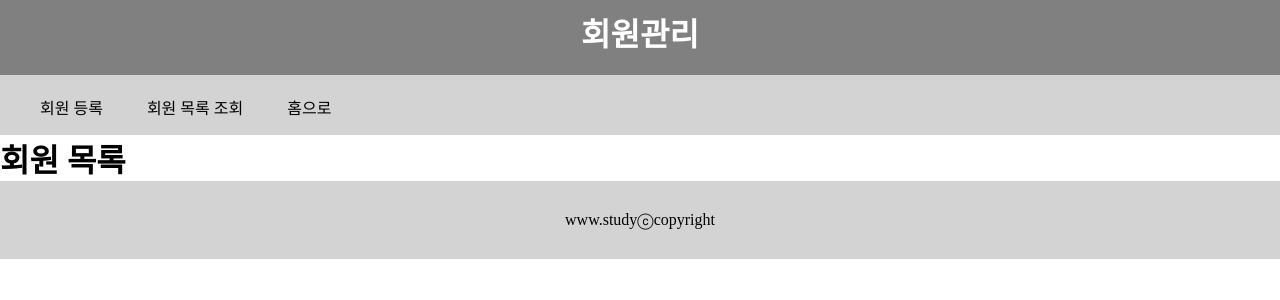
Repository: jieun000/Craftsman_Information_Processing
Page: http://localhost/00_study/memberForm.jsp
An editor plug-in stored every save of this project. The page is shown before and after the next save, followed by the edit.
The browser window is 1280 px wide. The pictures show the whole page.
The page is served by Tomcat 9. Other server files are loaded and not shown.

Above is the page before, as saved 2023-07-02 13:57:31.

### 00_study/WebContent/memberForm.jsp
<%@ page language="java" contentType="text/html; charset=UTF-8"
    pageEncoding="UTF-8"%>

<%@ include file="header.jsp" %>
<!DOCTYPE html>
<html>
<head>
<meta charset="UTF-8">
<title>Insert title here</title>
</head>
<body>
	<h1>회원 목록</h1>


</body>
<%@ include file="footer.jsp" %>
</html>

### 00_study/WebContent/header.jsp
<%@ page language="java" contentType="text/html; charset=UTF-8"
    pageEncoding="UTF-8"%>
<!DOCTYPE html>
<html>
<head>
<meta charset="UTF-8">
<title>Insert title here</title>
<style>
	* {
		margin: 0px;
		padding: 0px;
	}
	header {
		width: 100%;
		height: 75px;
		background: gray;
		color: white;
		text-align: center;
		line-height: 70px;
	}
	nav {
		height: 20px;
		background: lightgray;
		padding: 20px;
	}
	a {
		text-decoration: none;
		color: black;
		padding:20px;
	}
</style>
</head>
<body>
	<header>
		<h1>회원관리</h1>
	</header>
	<nav>
		<a href="">회원 등록</a>
		<a href="">회원 목록 조회</a>
		<a href="">홈으로</a>
	</nav>
</body>
</html>

### 00_study/WebContent/footer.jsp
<%@ page language="java" contentType="text/html; charset=UTF-8"
    pageEncoding="UTF-8"%>
<!DOCTYPE html>
<html>
<head>
<meta charset="UTF-8">
<title>Insert title here</title>
</head>
<body>
	<footer style="padding: 30px; text-align: center; background: lightgray;">
		www.studyⓒcopyright
	</footer>
</body>
</html>

After the next save:
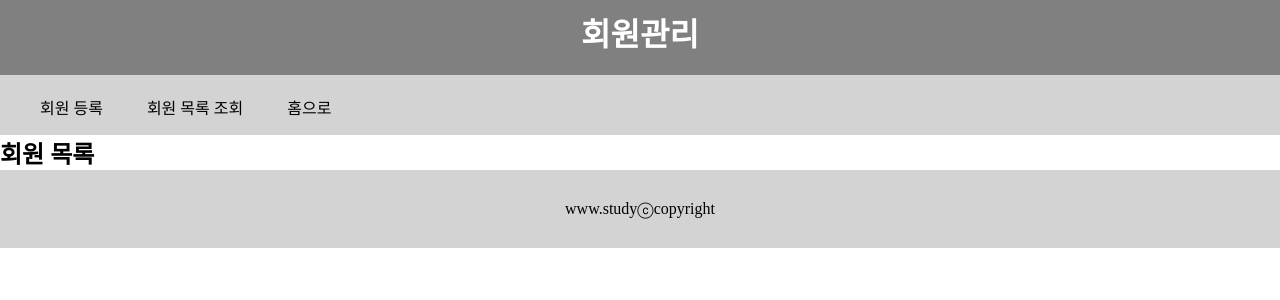
Saved 11 s later.
--- a/00_study/WebContent/memberForm.jsp
+++ b/00_study/WebContent/memberForm.jsp
@@ -9,7 +9,7 @@
 <title>Insert title here</title>
 </head>
 <body>
-	<h1>회원 목록</h1>
+	<h2>회원 목록</h1>
 
 
 </body>
